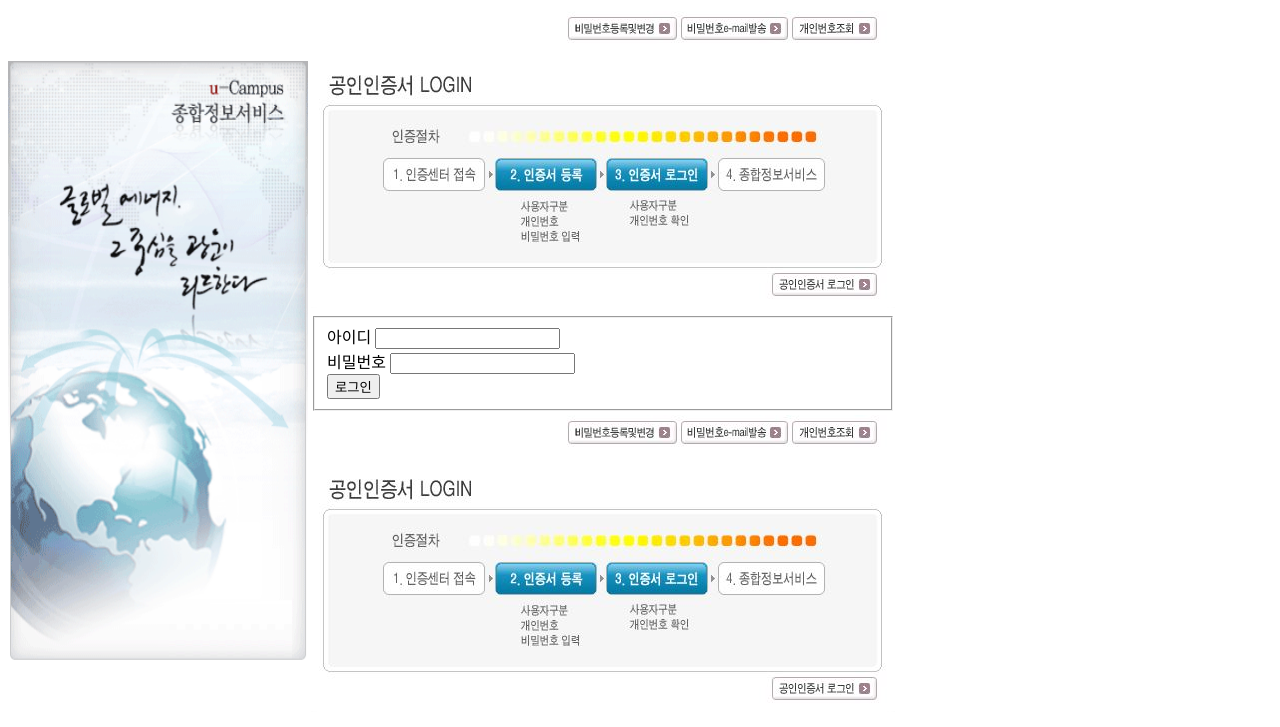
Repository: jungmintaeng/mini-ucampus
Page: ucam/WebContent/Login.html
The author's editor kept a copy of each file at every save. The page is drawn from the files as they stood at one save, then again after the next save.
The browser window is 1280 px wide. The pictures show the whole page.

Above is the page before, as saved 2016-06-11 00:55:21.

After the next save:
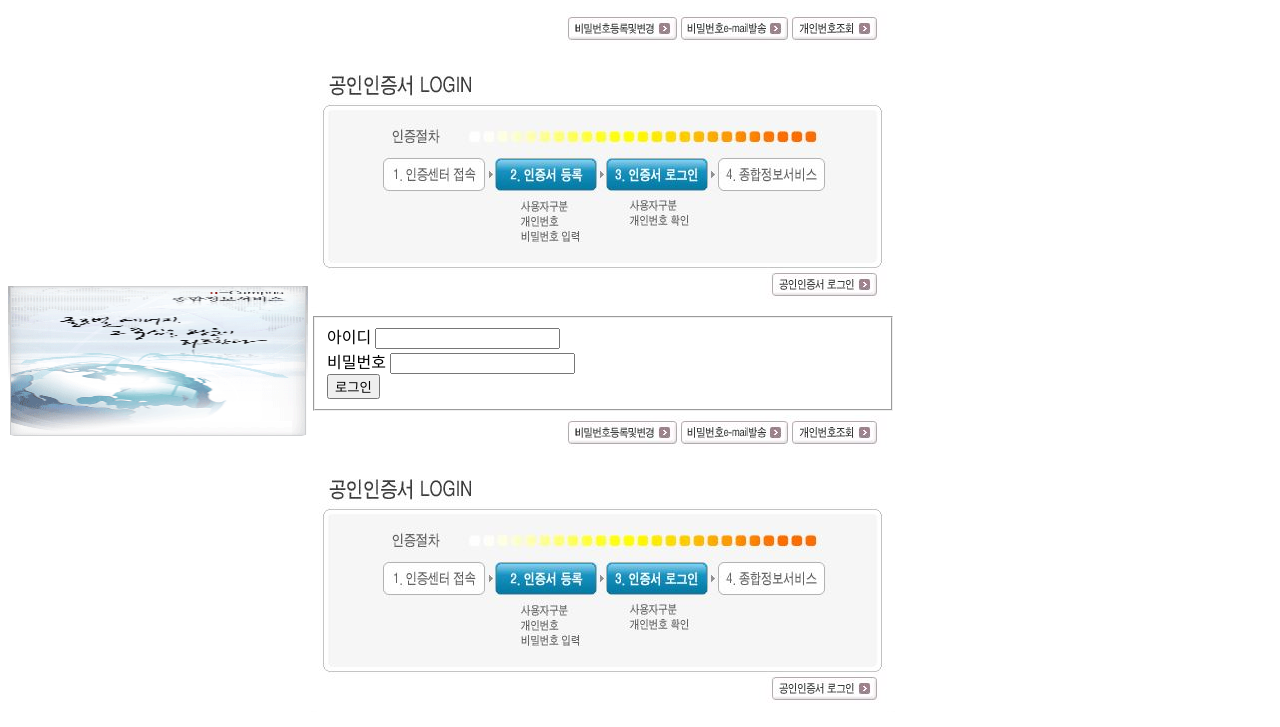
Saved 22 s later.
--- a/ucam/WebContent/Login.html
+++ b/ucam/WebContent/Login.html
@@ -9,7 +9,7 @@
 <table width = "50%" cellpadding='0' cellspacing='0'>
 <tr>
 <td align="right"><font size="2"><img
-src="images\image_intra01.gif" width ="300" height="600" border ="0">
+src="images\image_intra01.gif" width ="300" height="150" border ="0">
 </font></td>
 <td align="left">
 <table>

After the save that followed:
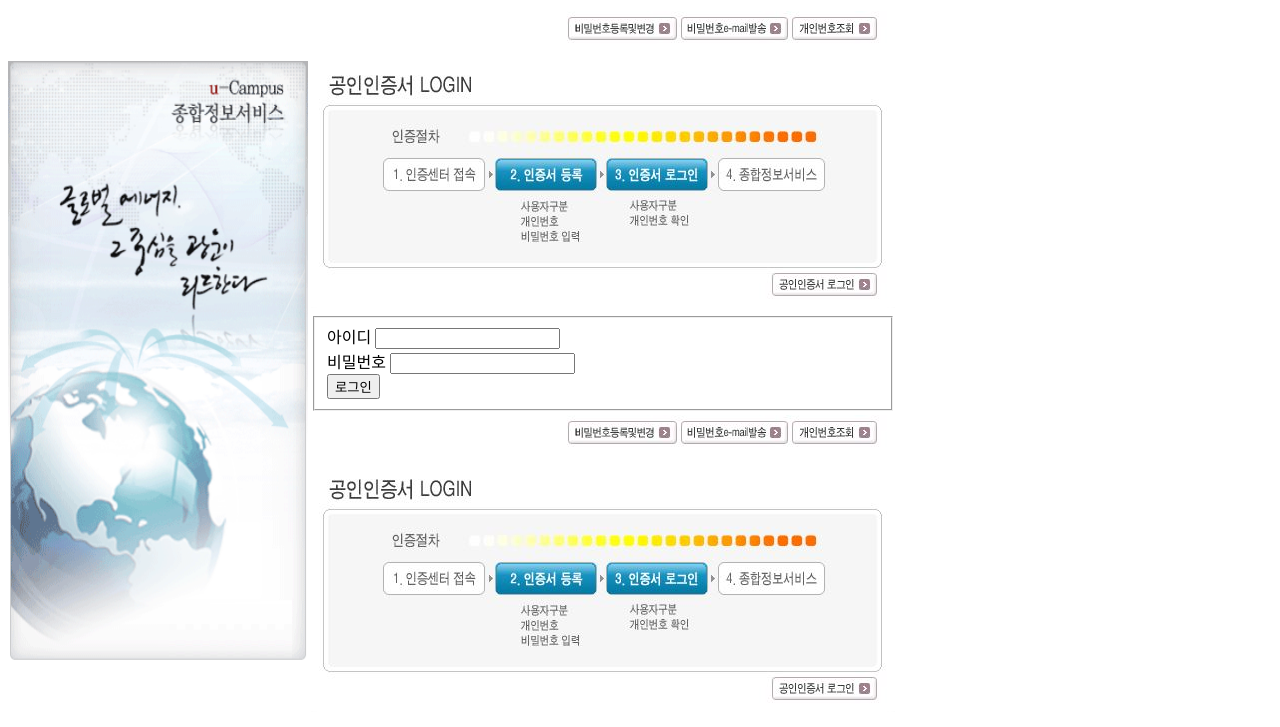
Saved 9 s later.
--- a/ucam/WebContent/Login.html
+++ b/ucam/WebContent/Login.html
@@ -9,7 +9,7 @@
 <table width = "50%" cellpadding='0' cellspacing='0'>
 <tr>
 <td align="right"><font size="2"><img
-src="images\image_intra01.gif" width ="300" height="150" border ="0">
+src="images\image_intra01.gif" width ="300" height="600" border ="0">
 </font></td>
 <td align="left">
 <table>
